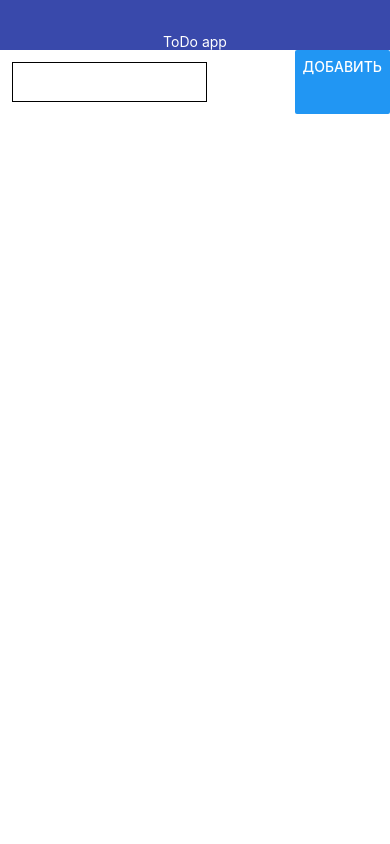
Repository: saint-fons/React-Native-Expo-TypeScript-Hooks
Screen: /
An editor plug-in stored every save of this project. The screen is shown before and after the next save, followed by the edit.
The app was drawn by React Native's web renderer in a window 390 px wide. The project was rebuilt for these pictures with package versions that can differ from the ones it lists, and the page was loaded fresh each time.

Above is the screen before, as saved 2021-07-26 17:35:20.

After the next save:
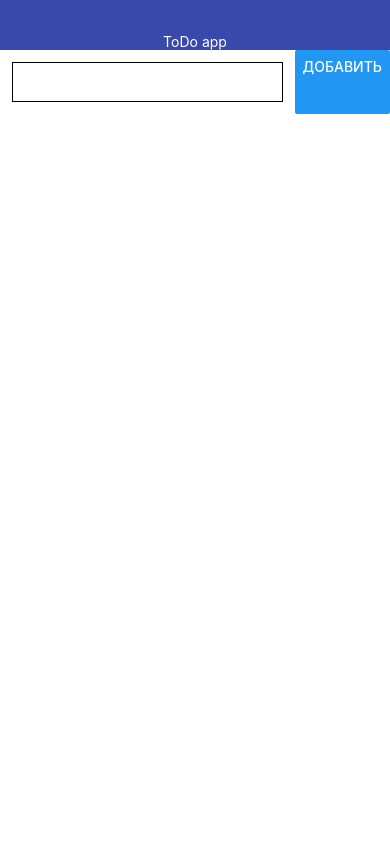
Saved 39 s later.
--- a/components/AddTodo.tsx
+++ b/components/AddTodo.tsx
@@ -25,7 +25,7 @@ const styles = StyleSheet.create({
         height: 40,
         margin: 12,
         borderWidth: 1,
-        width: "50%",
+        width: "70%",
     },
 });
 
